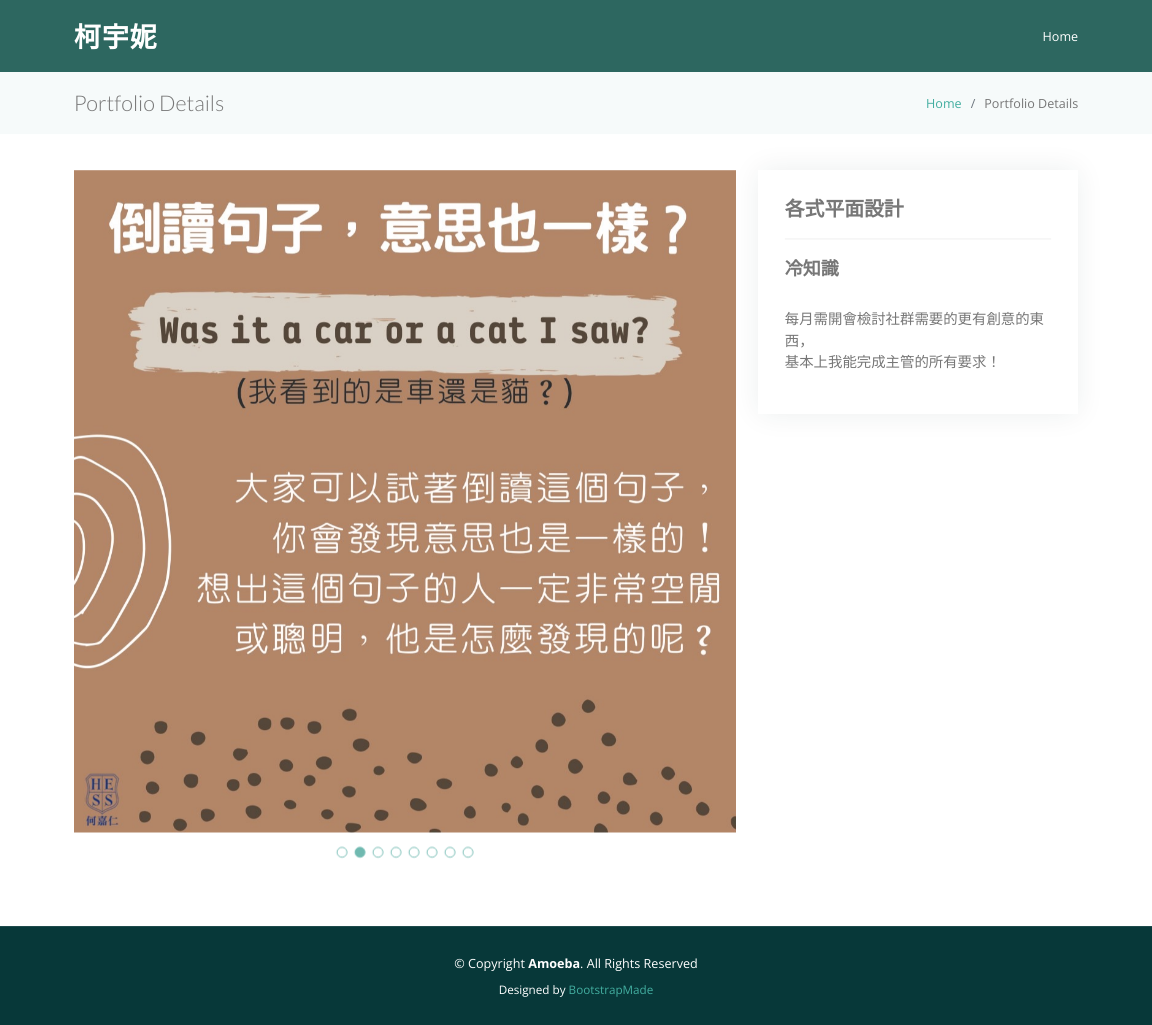
Repository: ajhddk/ajhddk.github.io
Page: portfolio-details-T.html
These files come from the project's save history. The page is drawn as it stood at one moment and after the next save; the edit follows.
The browser window is 1280 px wide. The pictures show the whole page, at 90% of full size.

Above is the page before, as saved 2022-07-17 22:35:04.

After the next save:
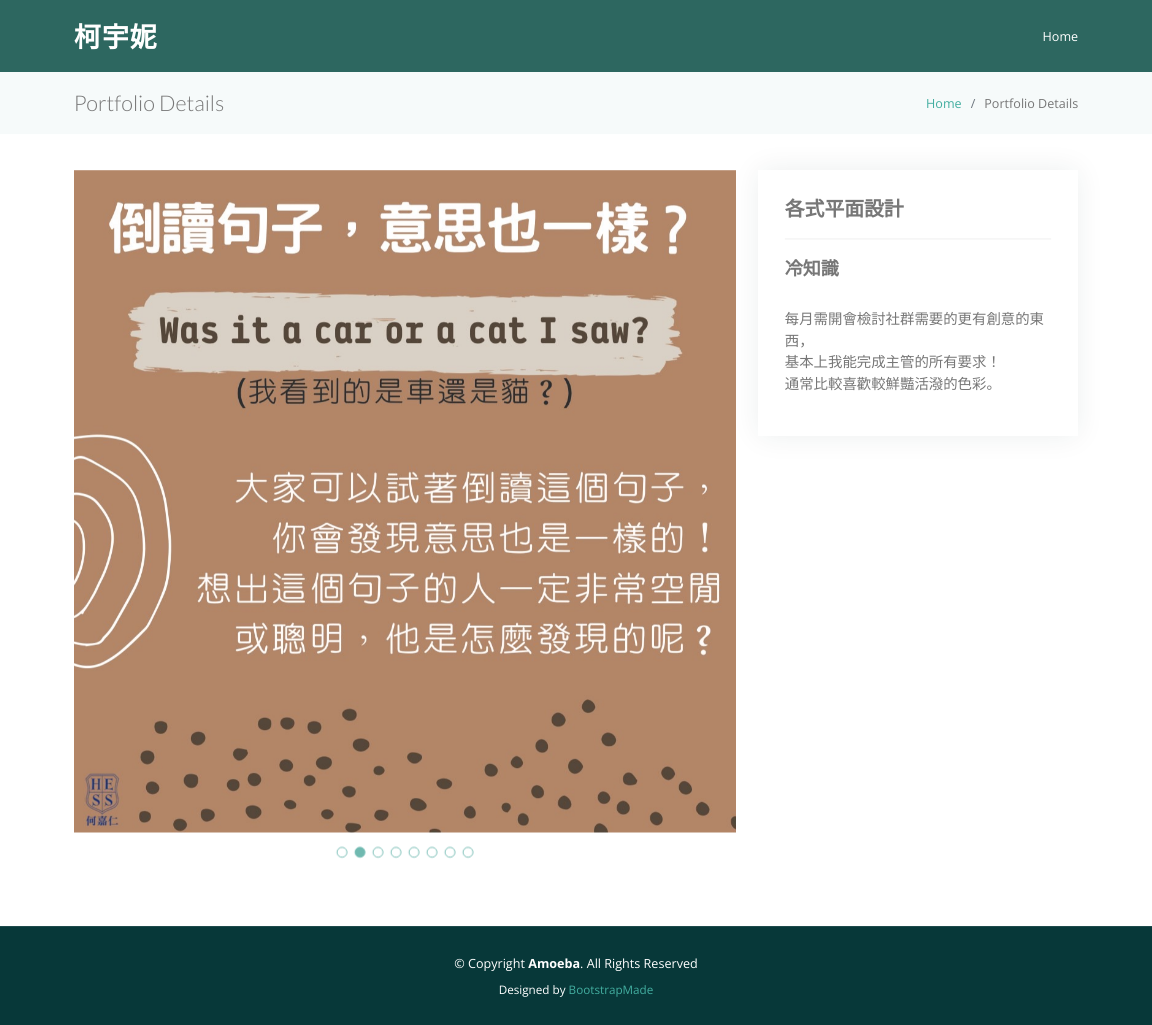
Saved 55 s later.
--- a/portfolio-details-T.html
+++ b/portfolio-details-T.html
@@ -130,7 +130,7 @@
 
               <h5><strong>冷知識</strong> </h5>
               <br>
-              <p>每月需開會檢討社群需要的更有創意的東西，<br>基本上我能完成主管的所有要求！</p>
+              <p>每月需開會檢討社群需要的更有創意的東西，<br>基本上我能完成主管的所有要求！<br>通常比較喜歡較鮮豔活潑的色彩。</p>
             </div>
 
           </div>
